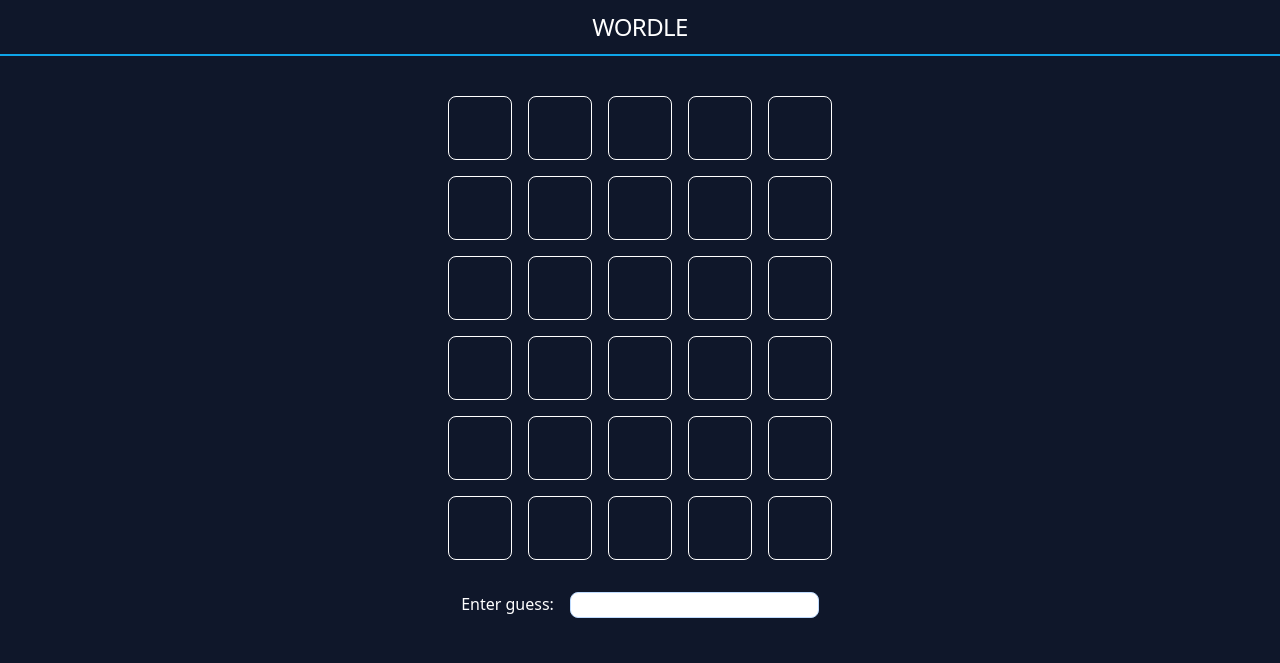
Repository: hjubsoni/basic-wordle-game
Page: / (app in client/)
An editor plug-in stored every save of this project. The page is shown before and after a run of saves, followed by the edit.
The browser window is 1280 px wide. The pictures show the whole page.
The page's requests for data from a server got no answer. The project was rebuilt for these pictures with package versions that can differ from the ones it lists, and the page was loaded fresh each time. No one was signed in, and anything a server would have sent is missing. Also part of the build but not shown: client/vite.config.ts.

Above is the page before, as saved 2023-01-27 15:49:33.

### client/src/main.tsx
import React from 'react';
import ReactDOM from 'react-dom/client';
import App from './App';
import './index.css';

ReactDOM.createRoot(
  document.getElementById('root') as HTMLElement
).render(
  <React.StrictMode>
    <App />
  </React.StrictMode>
);

### client/src/App.tsx
import React from 'react';
import Header from './components/Header';
import Game from './components/Game';

function App() {
  return (
    <div className="h-full">
      <Header />
      <Game />
    </div>
  );
}

export default App;

### client/src/index.css
@tailwind base;
@tailwind components;
@tailwind utilities;

@layer base {
  html,
  body,
  #root {
    @apply h-full bg-slate-900;
  }
}

### client/src/components/Header/Header.tsx
import React from 'react';

function Header() {
  return (
    <header className="flex h-14 items-center justify-center  border-b-2 border-sky-500 ">
      <h2 className="uppercase text-white text-2xl tracking-tight">
        Wordle
      </h2>
    </header>
  );
}

export default Header;

### client/src/components/Game/Game.tsx
import React from 'react';
import { range } from '../../utils/range';
import Row from '../Row';
import Cell from '../Cell';
import Form from '../Form';

interface Styles {
  [key: string]: string;
}

function Game() {
  const [correctWord, setCorrectWord] = React.useState('');
  const [guessedWords, setGuessedWords] = React.useState<string[]>(
    new Array(6).fill('')
  );
  const [guess, setGuess] = React.useState<string>('');
  const [styles, setStyles] = React.useState<Styles[]>([]);

  const generateCorrectWord = async () => {
    const response = await fetch('http://localhost:5000/api');
    const words = await response.json();
    setCorrectWord(words[Math.floor(Math.random() * words.length)]);
  };

  React.useEffect(() => {
    generateCorrectWord();
  }, []);

  return (
    <main className="flex items-center justify-center flex-col gap-8">
      <div className="flex gap-4 flex-col max-w-sm w-full rouded-lg mt-10">
        {guessedWords.map((row, rowIdx) => {
          return (
            <Row key={rowIdx}>
              {range(5).map((_, cellIdx) => (
                <Cell key={cellIdx} letter={row[cellIdx]} />
              ))}
            </Row>
          );
        })}
      </div>

      <Form
        guess={guess}
        setGuess={setGuess}
        guessedWords={guessedWords}
        setGuessedWords={setGuessedWords}
        correctWord={correctWord}
      />
    </main>
  );
}

export default Game;

### client/src/utils/range.tsx
export const range = (start: number, end?: number, step = 1) => {
  let output = [];
  if (typeof end === 'undefined') {
    end = start;
    start = 0;
  }
  for (let i = start; i < end; i += step) {
    output.push(i);
  }
  return output;
};

### client/src/components/Cell/index.tsx
export { default } from './Cell';

### client/src/components/Row/Row.tsx
import React from 'react';

function Row({ children }: { children: React.ReactNode }) {
  return <div className="flex gap-4">{children}</div>;
}

export default Row;

### client/src/components/Cell/Cell.tsx
import React from 'react';

function Cell({ letter }: { letter: string }) {
  return (
    <div className="border border-white flex-1 aspect-square rounded-lg text-white text-3xl uppercase flex items-center justify-center">
      {letter}
    </div>
  );
}

export default Cell;

### client/src/components/Form/Form.tsx
import React from 'react';

interface FormProps {
  guess: string;
  setGuess: React.Dispatch<React.SetStateAction<string>>;
  guessedWords: string[];
  setGuessedWords: React.Dispatch<React.SetStateAction<string[]>>;
  correctWord: string;
}

function Form({
  guess,
  setGuess,
  guessedWords,
  setGuessedWords,
  correctWord,
}: FormProps) {
  const [currentRow, setCurrentRow] = React.useState(0);
  const handleSubmit = (e: React.FormEvent<HTMLFormElement>) => {
    e.preventDefault();
    const guessedWordsCopy = [...guessedWords];
    guessedWordsCopy[currentRow] = guess;
    setGuessedWords(guessedWordsCopy);
    setGuess('');
    setCurrentRow(currentRow + 1);
  };
  return (
    <form onSubmit={handleSubmit} className="flex gap-4">
      <label htmlFor="guess" className="text-white">
        Enter guess:
      </label>
      <input
        className="border border-blue-200 rounded-lg px-2"
        type="text"
        id="guess"
        name="guess"
        value={guess}
        onChange={(e) => setGuess(e.target.value)}
        required={true}
        min={'5'}
        max={'5'}
      />
    </form>
  );
}

export default Form;

Loaded but not shown: client/index.html (common file); client/src/components/Header/index.tsx (common file); client/src/components/Game/index.tsx (common file); client/src/components/Row/index.tsx (common file); client/src/components/Form/index.tsx (common file); client/tailwind.config.cjs (common file)

After the next 3 saves:
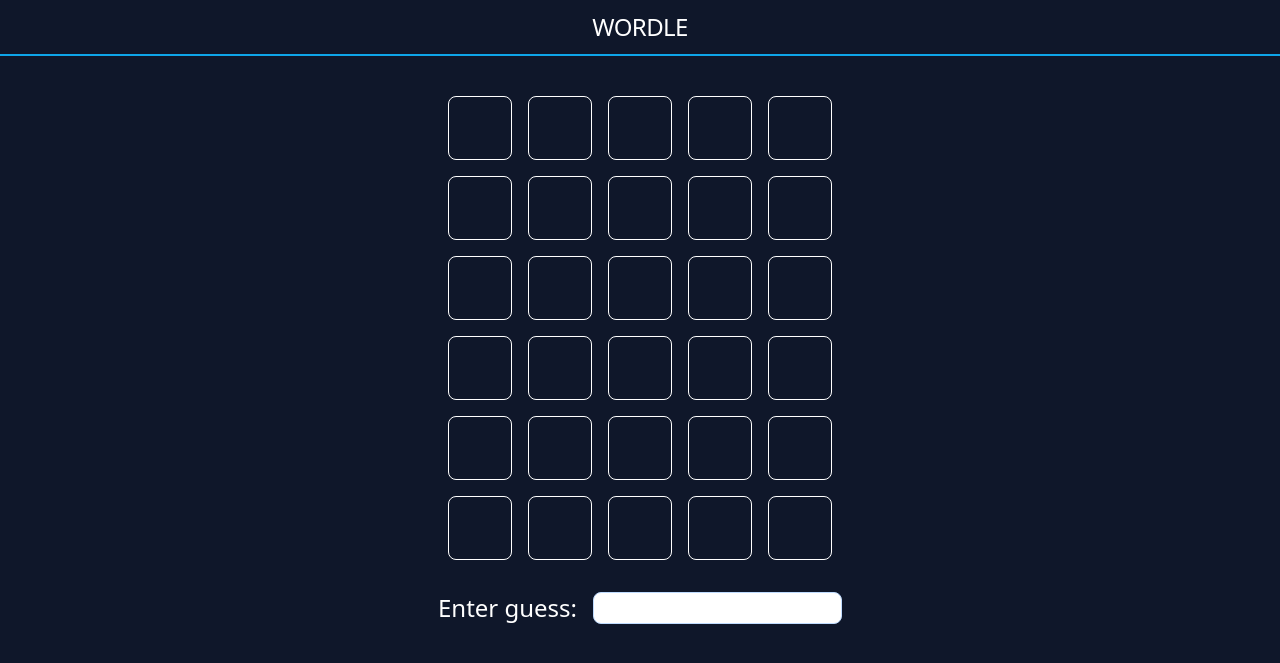
The 3 saves are shown as one change because they came seconds apart.
The last was saved 62 min 26 s later.
--- a/client/src/components/Form/Form.tsx
+++ b/client/src/components/Form/Form.tsx
@@ -26,7 +26,7 @@
   };
   return (
     <form onSubmit={handleSubmit} className="flex gap-4">
-      <label htmlFor="guess" className="text-white">
+      <label htmlFor="guess" className="text-white text-2xl">
         Enter guess:
       </label>
       <input
